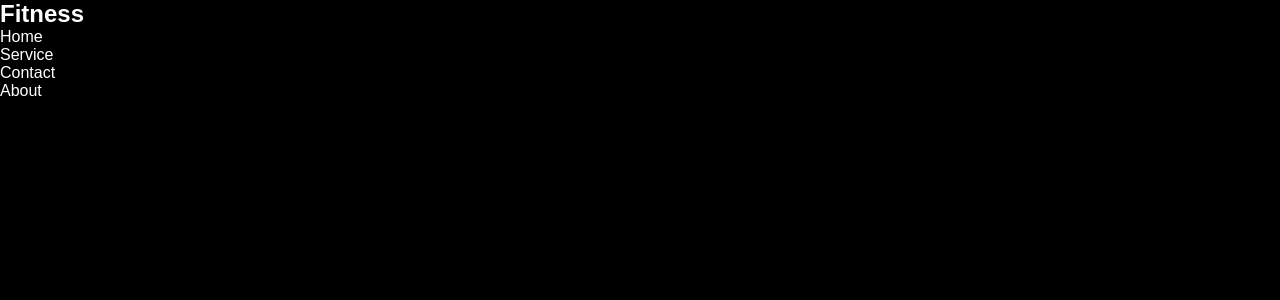
Repository: Aminul-Islam85/Assignment-2
Page: index.html
The author's editor kept a copy of each file at every save. The page is drawn from the files as they stood at one save, then again after the next save.
The browser window is 1280 px wide. The pictures show the whole page.

Above is the page before, as saved 2024-10-22 19:39:22.

After the next save:
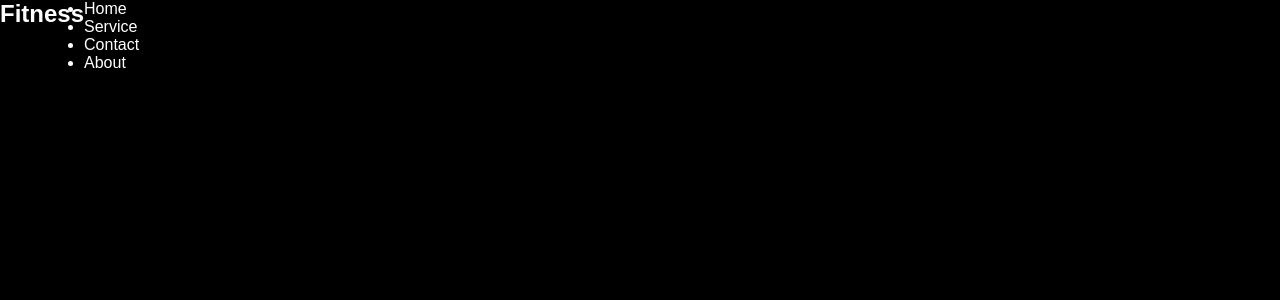
Saved 37 s later.
--- a/index.html
+++ b/index.html
@@ -8,7 +8,7 @@
 </head>
 <body>
 
-    <nav>
+    <nav class="navbar">
         <h1></a>Fitness</h1>
         <ul>
             <li><a href="#"></a>Home</li>
